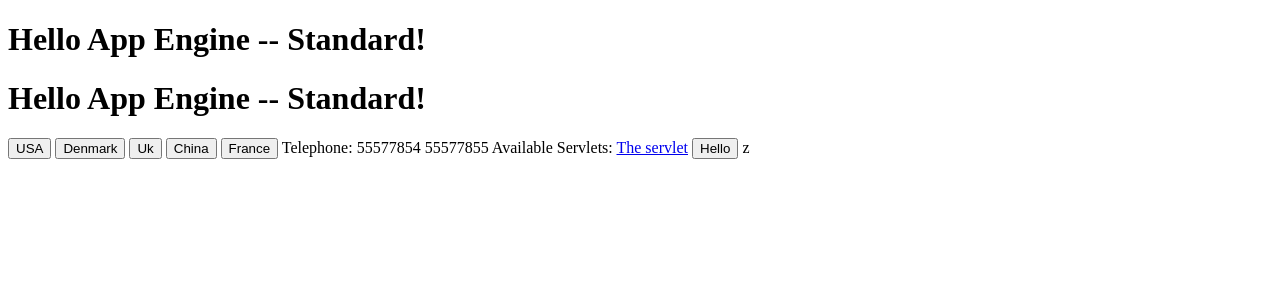
Repository: isauraAlmar/App-Engine-and-Internationalization-with-Java
Page: http://localhost/Marven/
An editor plug-in stored every save of this project. The page is shown before and after the next save, followed by the edit.
The browser window is 1280 px wide. The pictures show the whole page.
Some web fonts or font styles are not loaded; a fallback is used. The page is served by Tomcat 9.

Above is the page before, as saved 2017-05-04 10:33:02.

After the next save:
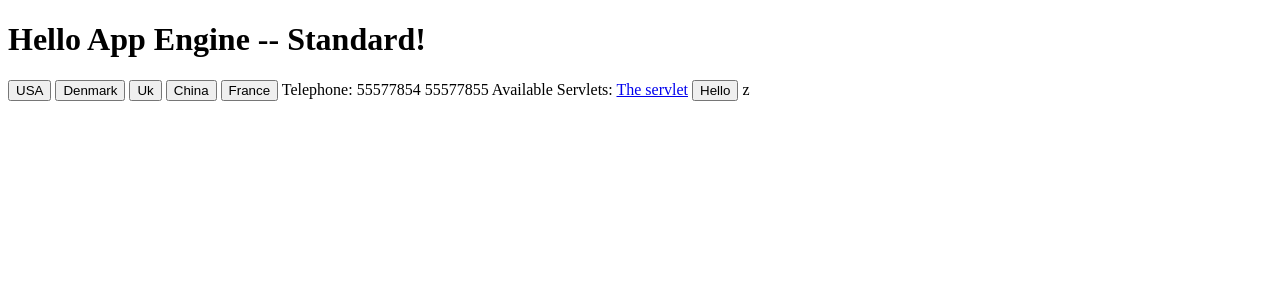
Saved 18 s later.
--- a/Marven/src/main/webapp/index.jsp
+++ b/Marven/src/main/webapp/index.jsp
@@ -24,8 +24,6 @@
   <title>Hello App Engine Standard</title>
 </head>
 <body>
-    <h1>Hello App Engine -- Standard!</h1>
-
 
   <h1>Hello App Engine -- Standard!</h1>
 
